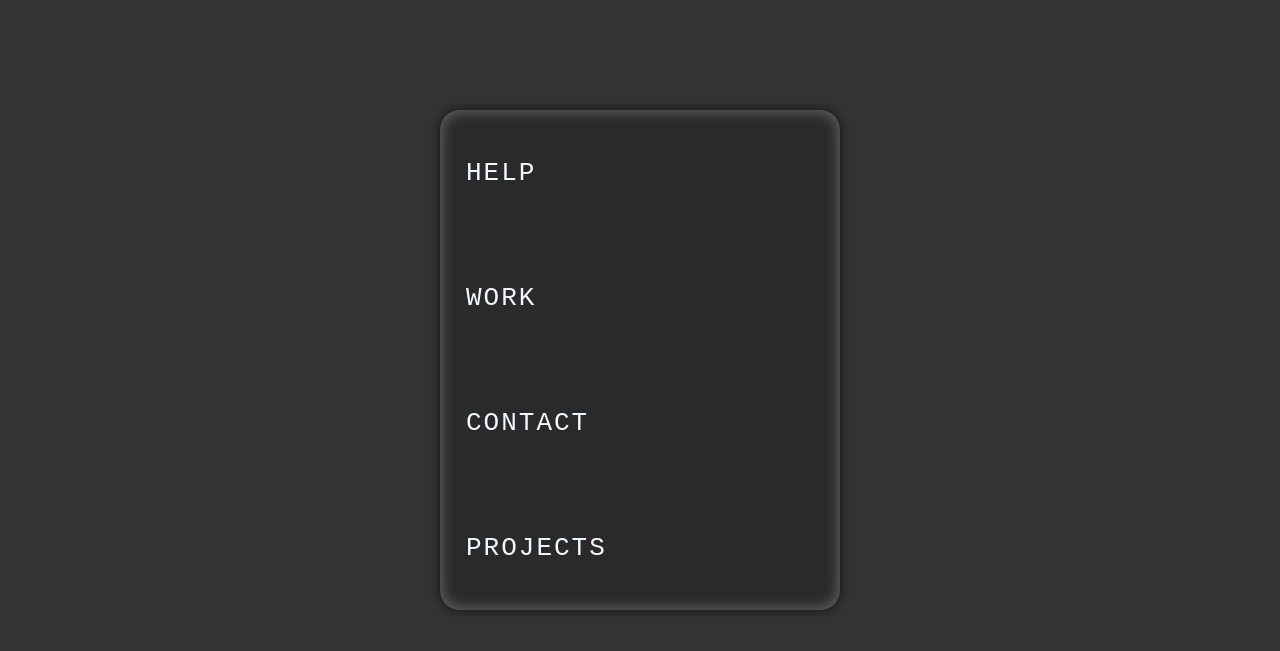
Repository: Rostyk-qq/Projects_Web
Page: menuRanLine/ranLine.html
An editor plug-in stored every save of this project. The page is shown before and after a run of saves, followed by the edit.
The browser window is 1280 px wide. The pictures show the whole page.

Above is the page before, as saved 2023-09-30 02:11:18.

### menuRanLine/ranLine.html
<!DOCTYPE html>
<html lang="en">
<head>
    <meta charset="UTF-8">
    <meta name="viewport" content="width=device-width, initial-scale=1.0">
    <link rel="stylesheet" href="./ranLine.css">
    <title>Document</title>
</head>
<body>
    <div class="wrapper">
        <ul class="menu">
            <li data-active-color="red" class="menu__list">
                <a href="" class="menu__link">Help</a>
            </li>
            <li data-active-color="yellow"  class="menu__list">
                <a href="" class="menu__link">Work</a>
            </li>
            <li data-active-color="green"  class="menu__list">
                <a href="" class="menu__link">Contact</a>
            </li>
            <li data-active-color="blue"  class="menu__list">
                <a href="" class="menu__link">Projects</a>
            </li>

            <div class="container__line">
                <div class="line"></div>
            </div>
        </ul>
    </div>
    <script src="./ranLine.js" ></script>
</body>
</html>

### menuRanLine/ranLine.css
*{
    margin: 0;
    padding: 0;
    box-sizing: border-box;
}
body{
    width: 100vw;
    height: 100vh;
    overflow: hidden;
}
.wrapper {
    width: 100%;
    height: 100%;
    display: grid;
    place-items: center;
    background-color: #333;
 }
.menu {
    position: relative;
    padding: 0;
    display: flex;
    flex-direction: column;
    flex-wrap: wrap;
    width: 400px;
    height: 500px;
    border-radius: 20px;
    background-color: #2b2a2a;
    overflow: hidden;
    box-shadow: 0px 0px 10px #111, inset 0px 0px 15px #fff5;
}
.menu__list {
    list-style-type: none;
    width: 100%;
    height: 25%;
    display: flex;
    align-items: center;
}
.menu__link {
    text-transform: uppercase;
    text-decoration: none;
    letter-spacing: 2px;
    color: aliceblue;
    padding-left: 26px;
    font-size: 26px;
    font-family: 'Courier New', Courier, monospace;
}
.container__line {
    position: absolute;
    left: 0;
    top: 0;
    width: 15px;
    height: 100%;
}
.line {
    position: absolute;
    top: 0;
    left: 0;
    background-color: green;
    border-radius: 0px 10px 10px 0px;
}

Loaded but not shown: menuRanLine/ranLine.js (no copy from this time; the picture is the same without it)

After the next 2 saves:
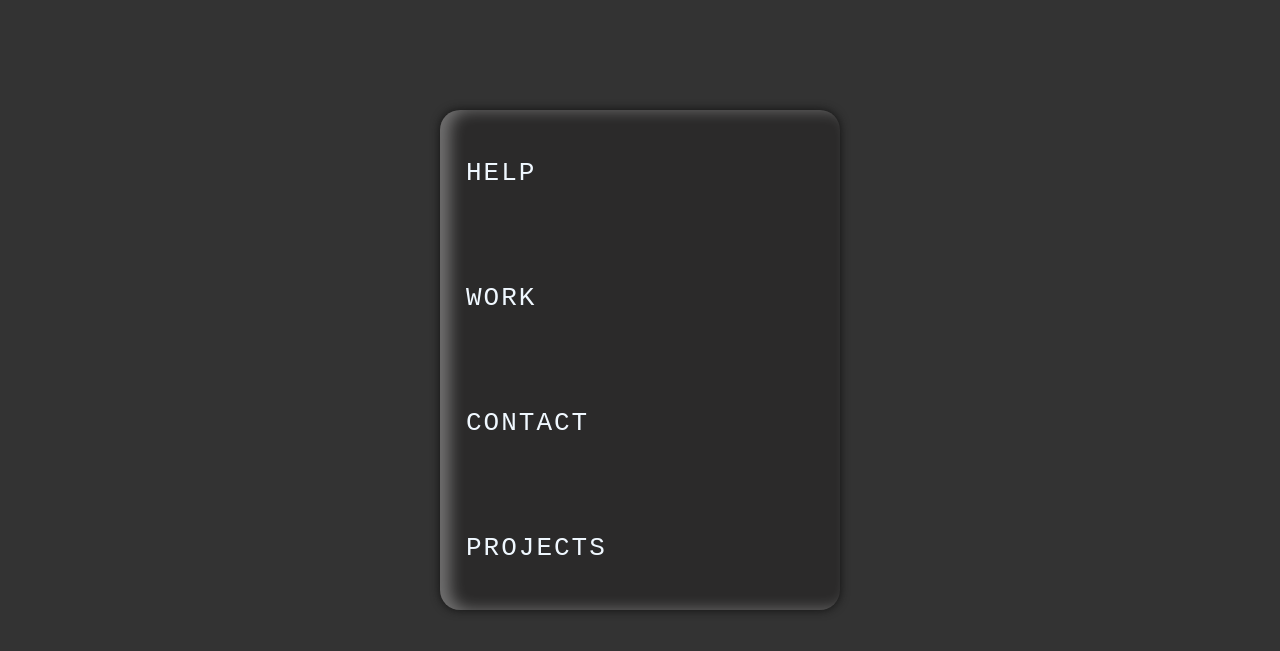
The 2 saves are shown as one change because they came seconds apart.
The last was saved 10 s later.
--- a/menuRanLine/ranLine.css
+++ b/menuRanLine/ranLine.css
@@ -26,7 +26,7 @@ body{
     border-radius: 20px;
     background-color: #2b2a2a;
     overflow: hidden;
-    box-shadow: 0px 0px 10px #111, inset 0px 0px 15px #fff5;
+    box-shadow: 0px 0px 10px #111, inset 10px 0px 15px #fff5;
 }
 .menu__list {
     list-style-type: none;
